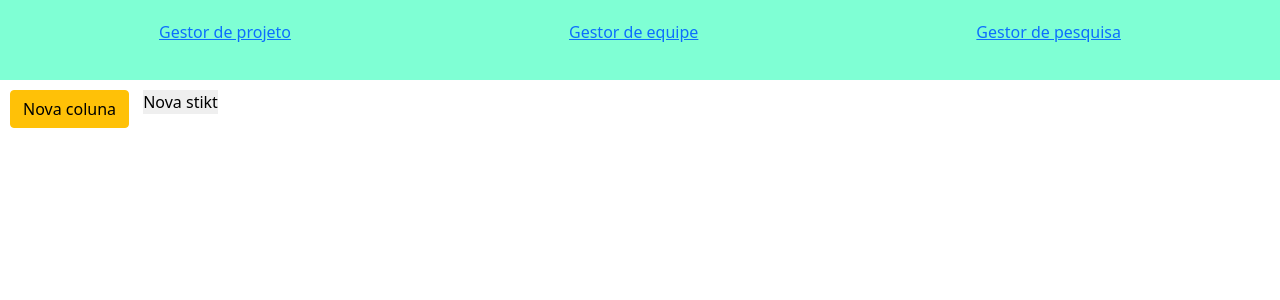
Repository: shadowruge/kanban
Page: index.html
The author's editor kept a copy of each file at every save. The page is drawn from the files as they stood at one save, then again after the next save.
The browser window is 1280 px wide. The pictures show the whole page.

Above is the page before, as saved 2021-06-12 20:28:05.

After the next save:
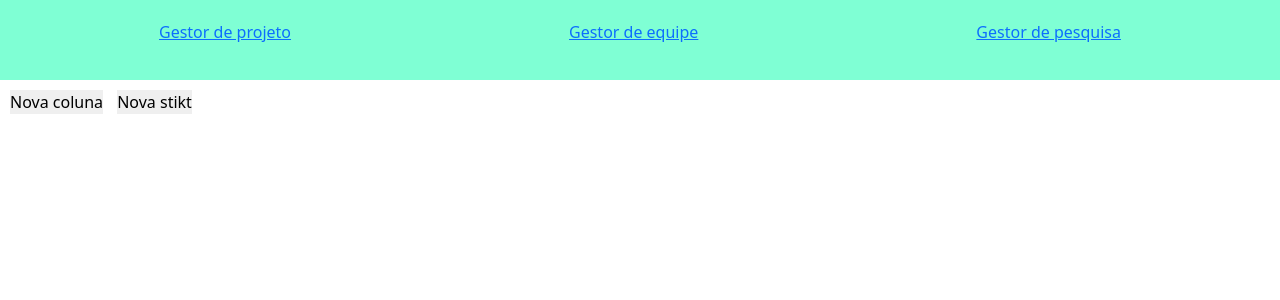
Saved 9 s later.
--- a/index.html
+++ b/index.html
@@ -25,7 +25,7 @@
 
     <!--botão-->
 
-  <button type="button" class="btn btn-warning">Nova coluna</button>
+  <button type="button" id="btn btn-warning">Nova coluna</button>
 
   <button type="button" id="btn btn-warning">Nova stikt</button>
   <div class="Linha" style="width:600px;">

After the 2 saves that followed:
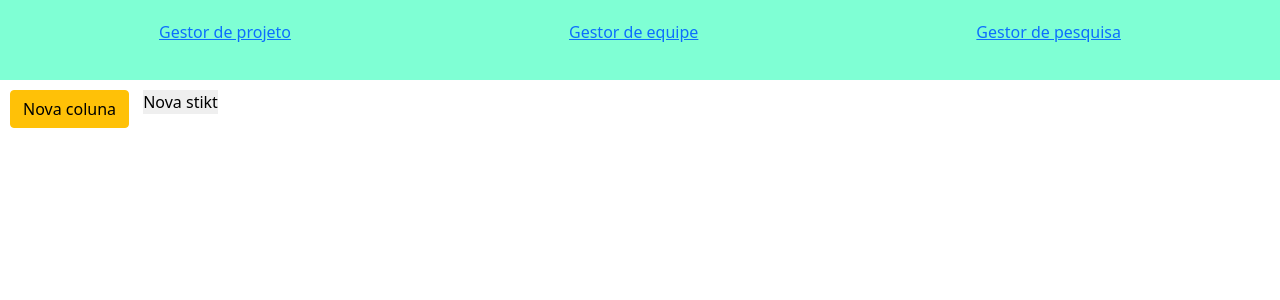
The 2 saves are shown as one change because they came seconds apart.
The last was saved 47 s later.
--- a/index.html
+++ b/index.html
@@ -25,7 +25,7 @@
 
     <!--botão-->
 
-  <button type="button" id="btn btn-warning">Nova coluna</button>
+  <button type="button" class="btn btn-warning">Nova coluna</button>
 
   <button type="button" id="btn btn-warning">Nova stikt</button>
   <div class="Linha" style="width:600px;">
